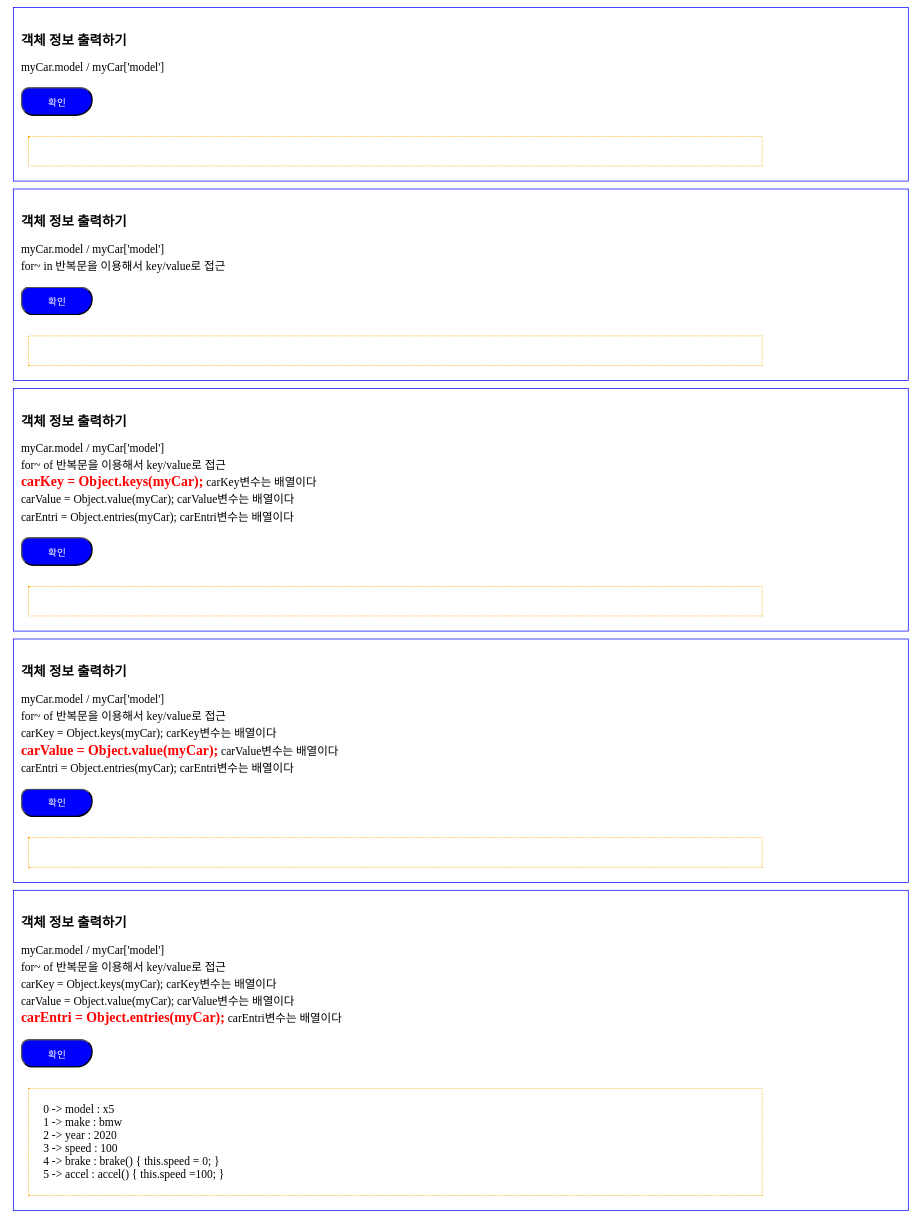
Repository: seonyeob94/BasicWeb
Page: webpro/src/main/webapp/0318/리터럴객체_myCar.html
An editor plug-in stored every save of this project. The page is shown before and after the next save, followed by the edit.
The browser window is 1280 px wide. The pictures show the whole page, at 72% of full size.
After loading, the first visible `input[onclick="proc5()"]` was clicked once.

Above is the page before, as saved 2025-03-19 00:45:41.

### webpro/src/main/webapp/0318/리터럴객체_myCar.html
<!DOCTYPE html>
<html>
<head>
<meta charset="UTF-8">
<title>Insert title here</title>
<link rel="stylesheet" href="../css/public.css">
<style type="text/css">

span {
	color: red;
	font-size: 1.2rem;
	font-weight: bold;
}
</style>

<script type="text/javascript">

const myCar = {

		model : "x5",
		make : "bmw",
		year : 2020,
		speed : 100,

		/* brak : function(){
			this.speed = 0;
		},
		accel : function(){
			this.speed =100;
		} */
		brake() {
			this.speed = 0;
		},

		accel() {
			this.speed =100;
		}
}

const proc1 = () => {
	//정보출력
	res= `***myCar의 정보***<br>`;
	res+= `이름 : ${myCar.model}<br>` // ${myCar[model]}
	res+= `제조사 : ${myCar.make}<br>`
	res+= `연식 : ${myCar.year}<br>`

 	document.getElementById('result1').innerHTML = res;
}

const proc2 = () =>{

	res= `===myCar의 정보===<br>`;

	str="";

	for(let x in myCar){
		//x에는 myCar의 속성 이름이 대입
// 		str += `${x} <br>`;
		str += ` myCar[${x}] : ${myCar[x]} <br> `;
	}

	document.getElementById('result2').innerHTML = str;

}

const proc3 = () =>{
	let carKey = Object.keys(myCar);
	console.log(carKey);
	let str = "";

// 	for(i=0; i<carKey.length; i++){
// 		str += carKey[i] + "<br>";
// 	}

	for(let key of carKey){
		str += key + "<br>";
	}

	carKey.forEach(function(key,index){
		str+= index + "번째 : "+ key +"<br>";
	})

	document.getElementById('result3').innerHTML = str;

}

const proc4 = () =>{
	let str = "";
	for(let val of Object.values(myCar)){
		str += val + "<br>";
	}
// 	Object.values(myCar).forEach(function(val, idx){
// 		str += `${idx}번째 : ${val} <br>`;
// 	})
	Object.values(myCar).forEach((val, idx)=>{
		str += `${idx}번째 : ${val} <br>`;
	})
	document.getElementById('result4').innerHTML = str;

}
const proc5 = () =>{
	let entries = Object.entries(myCar);
	console.log(entries);
	let str = "";

	/* for(i=0;i<entries.length;i++){
		for(k=0;k<entries[i].length;k++){

			str += entries[i][k];
		}
		str += "<br>";
	} */

	entries.forEach(function(ent, index){
		str+= `${index} -> ${ent[0]} : ${ent[1]} <br>`
	})



	document.getElementById('result5').innerHTML = str;
}
</script>
</head>
<body>


<div class="box">
  <h3>객체 정보 출력하기</h3>
  myCar.model / myCar['model']<br><br>
  <input type="button" value="확인" onclick="proc1()">
  <br><br>
  <div id="result1"></div>
</div>


<div class="box">
  <h3>객체 정보 출력하기</h3>
  myCar.model / myCar['model']<br>
  for~ in 반복문을 이용해서 key/value로 접근<br><br>
  <input type="button" value="확인" onclick="proc2()">
  <br><br>
  <div id="result2"></div>
</div>


<div class="box">
  <h3>객체 정보 출력하기</h3>
  myCar.model / myCar['model']<br>
  for~ of 반복문을 이용해서 key/value로 접근<br>
  <span>carKey = Object.keys(myCar);</span> carKey변수는 배열이다<br>
  carValue = Object.value(myCar); carValue변수는 배열이다<br>
  carEntri = Object.entries(myCar); carEntri변수는 배열이다<br><br>
  <input type="button" value="확인" onclick="proc3()">
  <br><br>
  <div id="result3"></div>
</div>

<div class="box">
  <h3>객체 정보 출력하기</h3>
  myCar.model / myCar['model']<br>
  for~ of 반복문을 이용해서 key/value로 접근<br>
  carKey = Object.keys(myCar); carKey변수는 배열이다<br>
  <span>carValue = Object.value(myCar);</span> carValue변수는 배열이다<br>
  carEntri = Object.entries(myCar); carEntri변수는 배열이다<br><br>
  <input type="button" value="확인" onclick="proc4()">
  <br><br>
  <div id="result4"></div>
</div>

<div class="box">
  <h3>객체 정보 출력하기</h3>
  myCar.model / myCar['model']<br>
  for~ of 반복문을 이용해서 key/value로 접근<br>
  carKey = Object.keys(myCar); carKey변수는 배열이다<br>
  carValue = Object.value(myCar); carValue변수는 배열이다<br>
  <span>carEntri = Object.entries(myCar);</span> carEntri변수는 배열이다<br><br>
  <input type="button" value="확인" onclick="proc5()">
  <br><br>
  <div id="result5"></div>
</div>

</body>
</html>

### webpro/src/main/webapp/css/public.css
@charset "UTF-8";

form {
	background: #f1faa1;
	border: 10px solid yellow;
	padding: 20px;
}

.box{
	border : 1px solid blue;
	margin : 10px;
	padding : 10px;

}
.box input[type=button]{

	width : 100px;
	height : 40px;
	background : blue;
	color : white;
	border-radius: 40px 60px 80px;
}

.box div{
	border : 1px dotted orange;
	width : 80%;
	padding : 20px;
	margin : 10px;
}

After the next save:
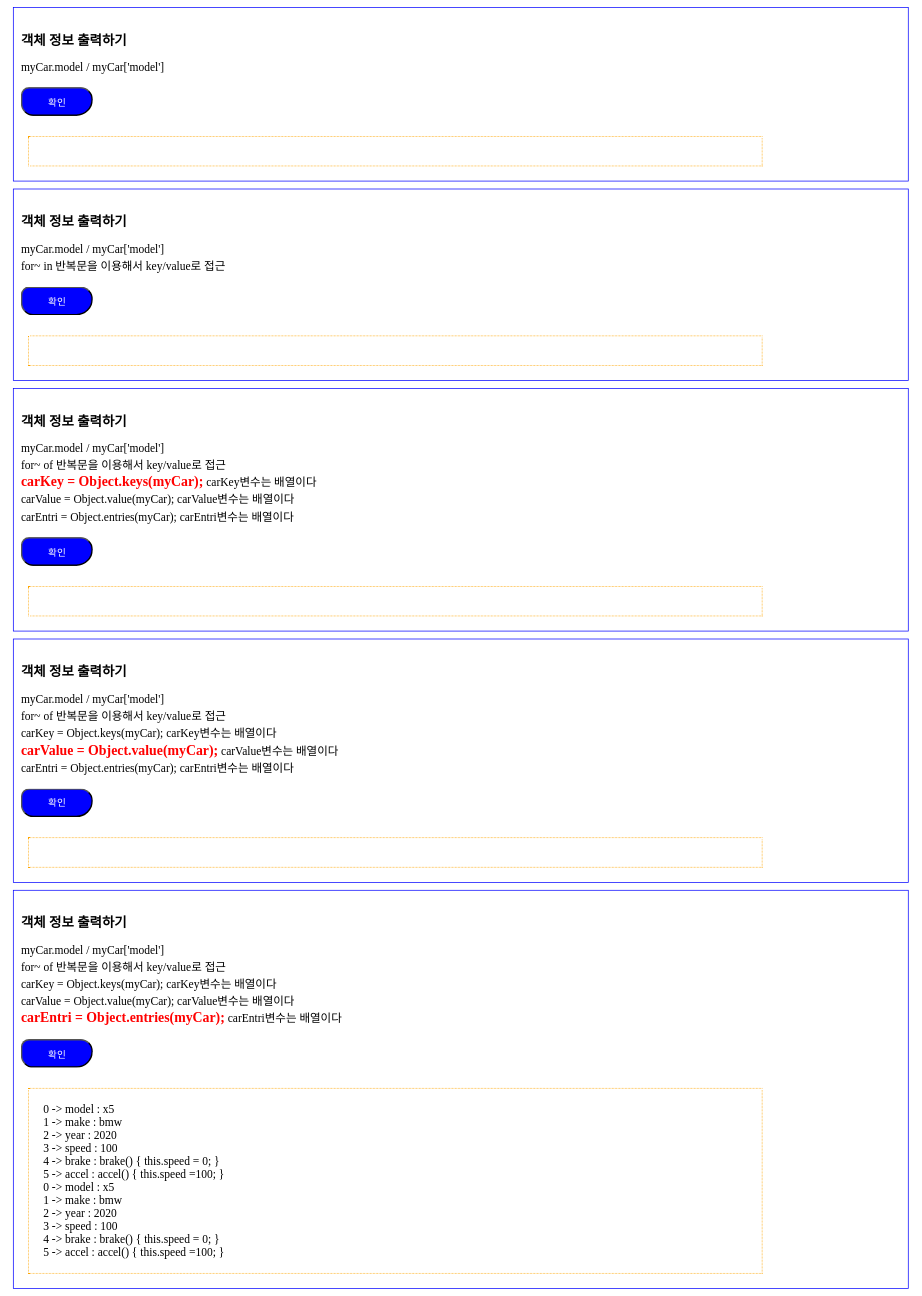
Saved 4 min 44 s later.
--- a/webpro/src/main/webapp/0318/리터럴객체_myCar.html
+++ b/webpro/src/main/webapp/0318/리터럴객체_myCar.html
@@ -113,8 +113,13 @@
 
 	entries.forEach(function(ent, index){
 		str+= `${index} -> ${ent[0]} : ${ent[1]} <br>`
+
 	})
 
+	entries.forEach(function([key, value] , index){
+		str+= `${index} -> ${key} : ${value} <br>`
+
+	})
 
 
 	document.getElementById('result5').innerHTML = str;

After the 2 saves that followed:
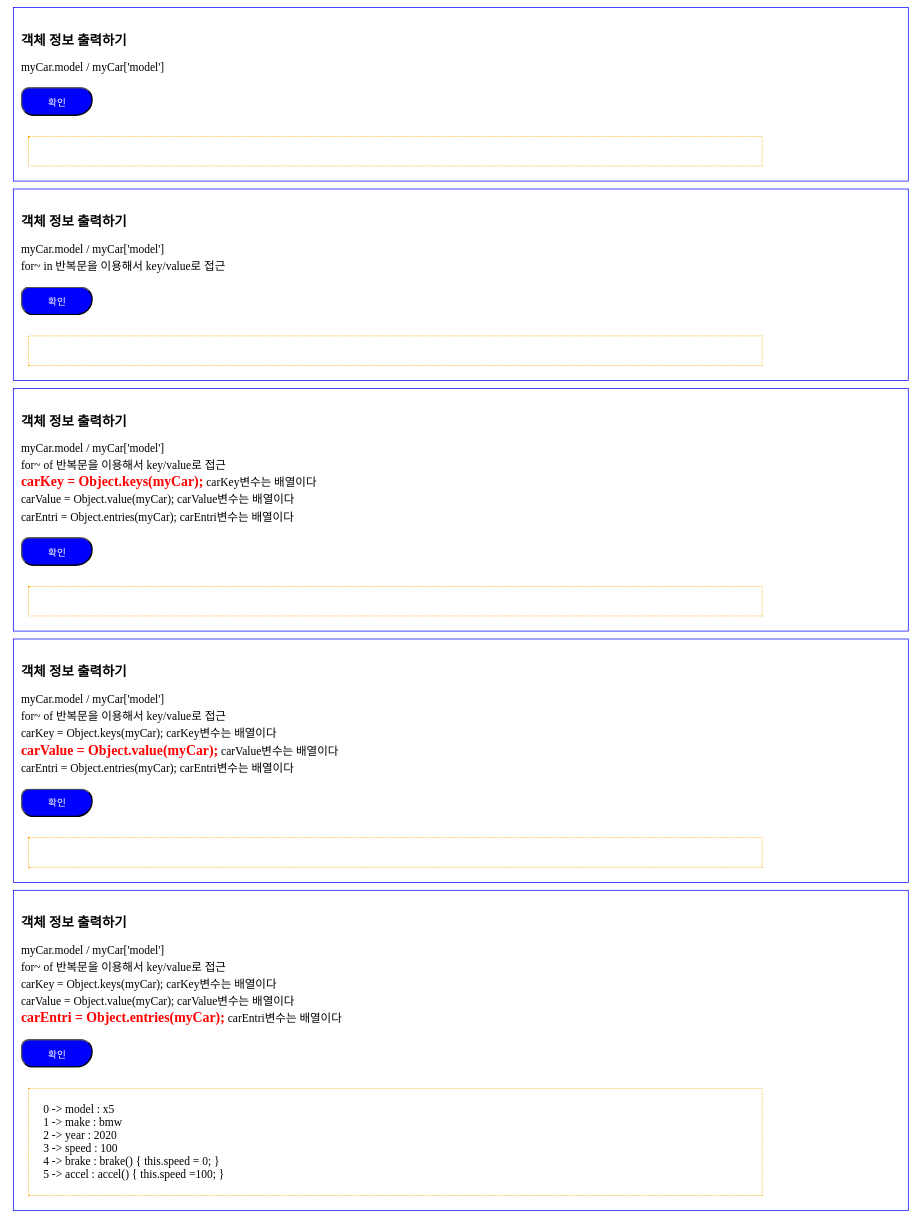
The 2 saves are shown as one change because 1 left the picture as it was.
The last was saved 51 s later.
--- a/webpro/src/main/webapp/0318/리터럴객체_myCar.html
+++ b/webpro/src/main/webapp/0318/리터럴객체_myCar.html
@@ -116,10 +116,11 @@
 
 	})
 
-	entries.forEach(function([key, value] , index){
-		str+= `${index} -> ${key} : ${value} <br>`
+	//ent를 key와 value로 각각 분해
+// 	entries.forEach(function([key, value] , index){
+// 		str+= `${index} -> ${key} : ${value} <br>`
 
-	})
+// 	})
 
 
 	document.getElementById('result5').innerHTML = str;
